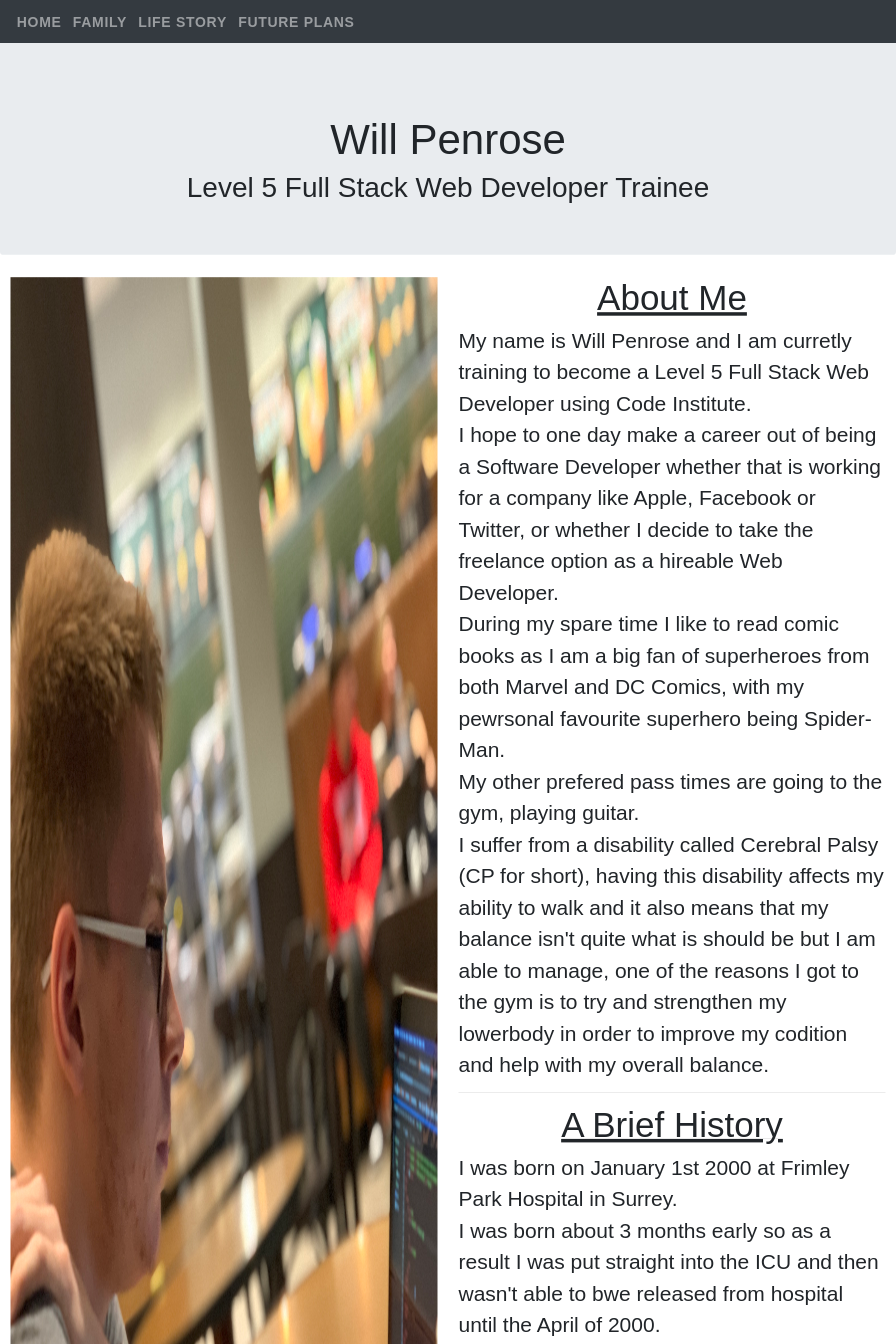
Repository: Code-Institute-Submissions/user-centric-frontend-dev-milestone-project
Page: index.html
The author's editor kept a record of every edit. The page is drawn from the files as they stood at one moment, then again after the next edit.
The browser window is 1280 px wide. The pictures show the part of the page from y = 0 to 1920 px (the page is 3505 px tall), at 70% of full size.
Some web fonts or font styles are not loaded; a fallback is used.

Above is the page before.

### index.html
<!DOCTYPE html>
<html lang="en">

<head>
    <meta charset="UTF-8">
    <meta name="viewport" content="width=device-width, initial-scale=1.0">
    <meta http-equiv="X-UA-Compatible" content="ie=edge">
    <link rel="stylesheet" href="assets/css/style.css" type="text/css" />
    <link rel="stylesheet" href="https://stackpath.bootstrapcdn.com/font-awesome/4.7.0/css/font-awesome.min.css" type="text/css" />
    <link rel="stylesheet" href="https://stackpath.bootstrapcdn.com/bootstrap/4.3.1/css/bootstrap.min.css" type="text/css" />
    <title>Will Penrose Autobiography</title>
</head>

<body>
    <header>
        <!--------------------------------------NAVBAR----------------------------->

        <nav class="navbar navbar-expand-sm navbar-dark bg-dark fixed-top text-uppercase">
            <button class="navbar-toggler" data-toggle="collapse" data-target="#collapse_target">
                <span class="navbar-toggler-icon"></span>
            </button>
            <div class="collapse navbar-collapse" id="collapse-target">
                <ul class="navbar-nav">
                    <li class="nav-item">
                        <a class="nav-link" href="index.html">Home</a>
                    </li>
                    <li class="nav-item">
                        <a class="nav-link" href="family.html">Family</a>
                    </li>
                    <li class="nav-item">
                        <a class="nav-link" href="story.html">Life Story</a>
                    </li>
                    <li class="nav-item">
                        <a class="nav-link" href="plans.html">Future Plans</a>
                    </li>
                </ul>
            </div>
        </nav>
        <!--------------------------------------JUMBOTRON----------------------------->
        <div class="container-fluid">
            <div class="row jumbotron">
                <div class="col-12 heading">
                    <h1 class="name">Will Penrose</h1>
                    <h2 class="title">Level 5 Full Stack Web Developer Trainee</h2>
                </div>
            </div>
        </div>
    </header>

    <!--------------------------------------MAIN IMAGE AND PARAGRAPHS----------------------------->

    <section>
        <div class="container-fluid">
            <div class="row">
                <div class="col-sm-12 col-md-12 col-lg-6">
                    <img src="assets/images/will.jpg" class="image"></img>
                </div>
                <div class="col-sm-12 col-md-12 col-lg-6 home-paragraphs">
                    <h3 class="paragraph-heading">About Me</h3>
                    <p class="home-paragraphs">
                        My name is Will Penrose and I am curretly training to become a Level 5 Full Stack Web Developer using Code Institute.<br> I hope to one day make a career out of being a Software Developer whether that is working for a company like
                        Apple, Facebook or Twitter, or whether I decide to take the freelance option as a hireable Web Developer.<br> During my spare time I like to read comic books as I am a big fan of superheroes from both Marvel and DC Comics, with
                        my pewrsonal favourite superhero being Spider-Man.<br> My other prefered pass times are going to the gym, playing guitar.<br> I suffer from a disability called Cerebral Palsy (CP for short), having this disability affects my ability
                        to walk and it also means that my balance isn't quite what is should be but I am able to manage, one of the reasons I got to the gym is to try and strengthen my lowerbody in order to improve my codition and help with my overall
                        balance.
                    </p>
                    <hr>
                    <h3 class="paragraph-heading">A Brief History</h3>
                    <p class="home-paragraphs">
                        I was born on January 1st 2000 at Frimley Park Hospital in Surrey.<br> I was born about 3 months early so as a result I was put straight into the ICU and then wasn't able to bwe released from hospital until the April of 2000.<br>                        It wasn't until I was about 2 years old that I was diagnosed with CP, due to being told that I have CP I did not walk until the age of 4 and even then it took a very long while for mw to become cofident, I was able to get sround
                        by using walking aids such as frames or even things like door frames to help keep me steady.<br> My childhood was quite a wild ride, I went from living with my Mum until the age of 7 and then I moved in with my Dad and younger
                        brother Cooper until the age of 13, at which time I moved back in with my Mum until I was 15.<br> Finally I moved out of livng eith my Mum and moved into accommodation funded by the group known as Step By Step which is where I
                        am at this current time.
                    </p>
                    <hr>
                    <h3 class="paragraph-heading">Work History</h3>
                    <p class="home-paragraphs">
                        My work history isnt that full but over time I wish to add a programming position of some description to it.<br>
                        <ul>
                            <li>
                                TravelEx: April 2018 - August 2018
                            </li>
                            <li>
                                CurrysPCWorld: November 2018 - May 2019
                            </li>
                            <li>
                                Carphone Warehouse: May 2019 - August 2019
                            </li>
                            <li>
                                CurrysPCWorld: August 2019 - Present
                            </li>
                        </ul>
                    </p>
                </div>
            </div>
        </div>
    </section>
    <!--------------------------------------FOOTER----------------------------->
    <footer>
        <div class="container-fluid">
            <div class="row">
                <div class="col-sm-4 footer-paragraph">
                    <h4 class="footer-section text-uppercase">Email Me:</h4>
                    <p>
                        Want to get into contact with me?<br> Click the evelope and fill out the contact me form:
                        <br>
                        <a href="contact.html" target="_blank">
                            <i class="fa fa-at email" aria-hidden="true"></i>
                            <span class="sr-only">Email</span>
                        </a>
                    </p>
                </div>
                <div class="col-sm-4 footer-paragraph">
                    <h4 class="footer-section text-uppercase social-links">GitHub</h4>
                    <p>
                        Want to see how I made this website a long with my other projects? Feel free to browse my GitHub!
                        <br>
                        <a href="https://github.com/mrwillpenrose" target="_blank">
                            <i class="fa fa-github" aria-hidden="true"></i>
                            <span class="sr-only">GitHub</span>
                        </a>
                    </p>
                </div>
                <div class="col-sm-4 footer-paragraph">
                    <h4 class="footer-section text-uppercase">Socials</h4>
                    <ul class="list-inline social-links">
                        <li class="list-inline-item">
                            <a href="https://www.facebook.com/will.penrose.94" target="_blank">
                                <i class="fa fa-facebook" aria-hidden="true"></i>
                                <span class="sr-only">Facebook</span>
                            </a>
                        </li>
                        <li class="list-inline-item">
                            <a href="https://twitter.com/WillP3nrose" target="_blank">
                                <i class="fa fa-twitter" aria-hidden="true"></i>
                                <span class="sr-only">Twitter</span>
                            </a>
                        </li>
                        <li class="list-inline-item">
                            <a href="https://www.instagram.com/mrwillpenrose/" target="_blank">
                                <i class="fa fa-instagram" aria-hidden="true"></i>
                                <span class="sr-only">Instagram</span>
                            </a>
                        </li>
                        <li class="list-inline-item">
                            <a href="https://imgur.com/5HMoy86" target="_blank">
                                <i class="fa fa-snapchat" aria-hidden="true"></i>
                                <span class="sr-only">Snapchat</span>
                            </a>
                        </li>
                    </ul>
                </div>
            </div>
        </div>
    </footer>
</body>

</html>

### assets/css/style.css
@import url('https://fonts.googleapis.com/css?family=Odibee+Sans&display=swap:100,200,300,400,500,600,700|PT Sans Narrow:100,200,300,400,500,600,700');

/*---------------------------Navbar*/

.navbar {
    font-family: "Odibee Sans", sans-serif;
    font-size: 20px;
    letter-spacing: 1px;
    font-weight: 600;
}

/*---------------------------General*/

.inline-block {
    display: inline-block;
}

/*---------------------------Home Page Heading*/

.heading {
    text-align: center;
    margin: 0;
    padding-top: 100px;
}

img {
    width: 100%;
    height: 100%;
}

.jumbotron .name {
    font-family: "Odibee Sans", sans-serif;
    font-weight: 500;
    font-size: 60px
}

.jumbotron .title {
    font-family: "PT Sans Narrow", sans-serif;
    font-weight: 300;
    font-size: 40px
}

/*----------------------Home Page Text*/

.paragraph-heading {
    font-family: "Odibee Sans", sans-serif;
    font-size: 50px;
    text-align: center;
    text-decoration: underline;

}

.home-paragraphs {
    font-family: "PT Sans Narrow", sans-serif;
    font-size: 30px;
    width: 100%;
}

/*----------------------Media Quires*/

@media (max-width: 992px) {
    .home-paragraphs {
        padding-top: 20px;
    }
}

/*----------------------Contact Form*/

.contact-title {
    text-align: center;
}

/*----------------------Footer and Socials*/

footer {
    background-color: #343a40;
    color: rgba(255, 255, 255, 0.5);
    margin-top: 10px
}

.footer-paragraph {
    font-family: "PT Sans Narrow", sans-serif;
    text-align: center;
    font-size: 20px;
    font-weight: 400;
}

.footer-section {
    padding-top: 30px;
    text-align: center;
    font-family: "Odibee Sans", sans-serif;
    letter-spacing: 1px;
    font-size: 20px;
    font-weight: 600;
}

/*----------------------Footer Icons*/

.social-links li a i {
    width: 64px;
    height: 64px;
    color: #fff;
    padding: 30px;
}


p a i {
    width: 64px;
    height: 64px;
    color: #fff;
    padding-top: 20px;
}


/*----------------------Story Page*/

.story {
    margin: 0;
    padding-top: 100px;
}

.story-heading {
    font-family: "Odibee Sans", sans-serif;
    font-size: 50px;
    text-align: center;
}

.story-paragraphs {
    font-family: "PT Sans Narrow", sans-serif;
    font-size: 30px;
    display: inline-block;
}


/*----------------------Story Subheadings*/

.birth-subheading {
    font-family: "Odibee Sans", sans-serif;
    font-size: 40px;
    text-align: left;
    text-decoration: underline;
    padding-bottom: 10px
}

.years-subheading {
    font-family: "Odibee Sans", sans-serif;
    font-size: 40px;
    text-align: left;
    text-decoration: underline;
    padding-bottom: 10px
}

.leading-subheading {
    font-family: "Odibee Sans", sans-serif;
    font-size: 40px;
    text-align: left;
    text-decoration: underline;
    padding-bottom: 10px
}

.teen-subheading {
    font-family: "Odibee Sans", sans-serif;
    font-size: 40px;
    text-align: left;
    text-decoration: underline;
    padding-bottom: 10px
}

.present-subheading {
    font-family: "Odibee Sans", sans-serif;
    font-size: 40px;
    text-align: left;
    text-decoration: underline;
    padding-bottom: 10px
}


/*----------------------Family Page*/

.family-heading {
    font-family: "Odibee Sans", sans-serif;
    text-align: center;
    font-size: 50px;
}

After the next edit:
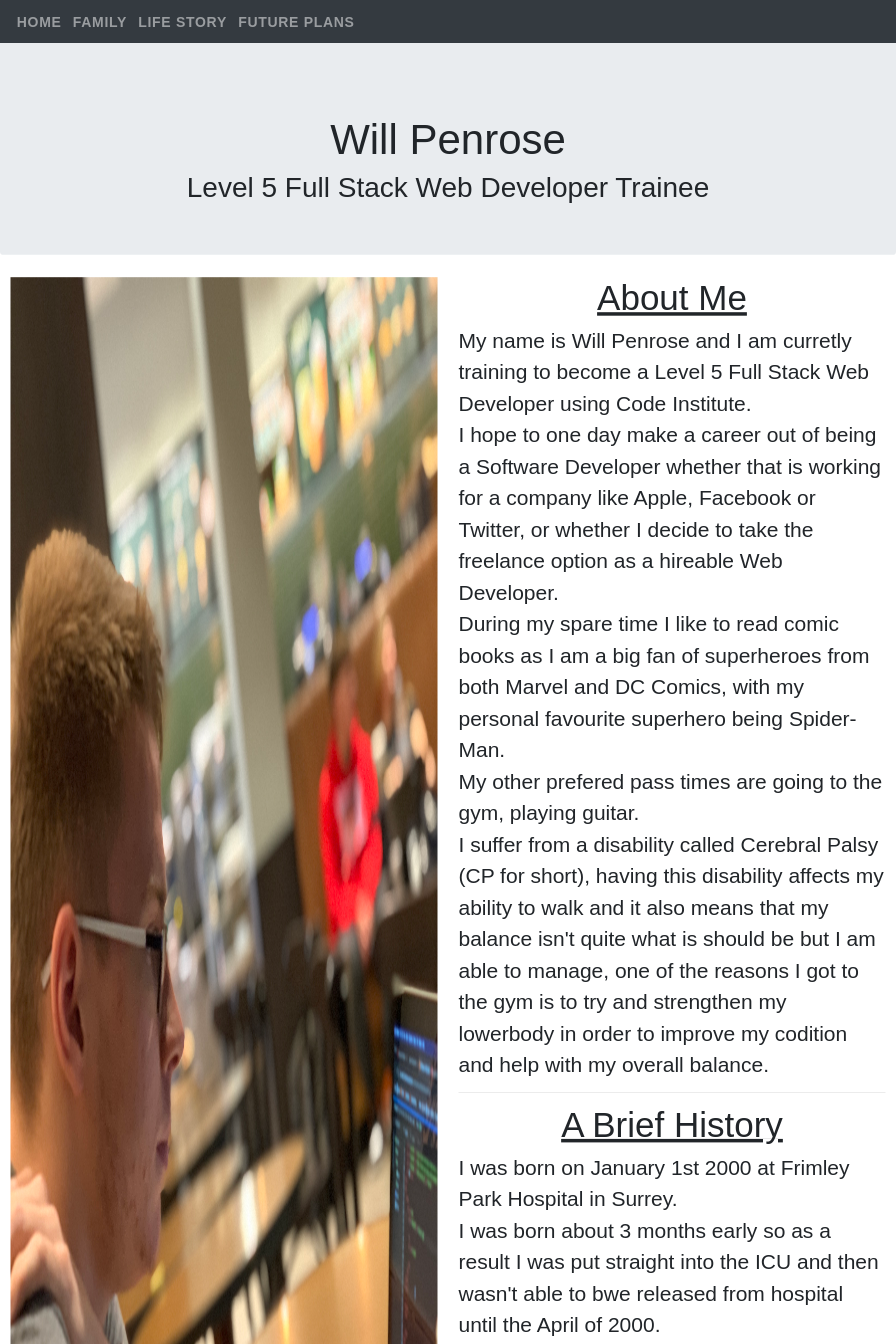
The edit:
--- a/index.html
+++ b/index.html
@@ -60,7 +60,7 @@
                     <p class="home-paragraphs">
                         My name is Will Penrose and I am curretly training to become a Level 5 Full Stack Web Developer using Code Institute.<br> I hope to one day make a career out of being a Software Developer whether that is working for a company like
                         Apple, Facebook or Twitter, or whether I decide to take the freelance option as a hireable Web Developer.<br> During my spare time I like to read comic books as I am a big fan of superheroes from both Marvel and DC Comics, with
-                        my pewrsonal favourite superhero being Spider-Man.<br> My other prefered pass times are going to the gym, playing guitar.<br> I suffer from a disability called Cerebral Palsy (CP for short), having this disability affects my ability
+                        my personal favourite superhero being Spider-Man.<br> My other prefered pass times are going to the gym, playing guitar.<br> I suffer from a disability called Cerebral Palsy (CP for short), having this disability affects my ability
                         to walk and it also means that my balance isn't quite what is should be but I am able to manage, one of the reasons I got to the gym is to try and strengthen my lowerbody in order to improve my codition and help with my overall
                         balance.
                     </p>
